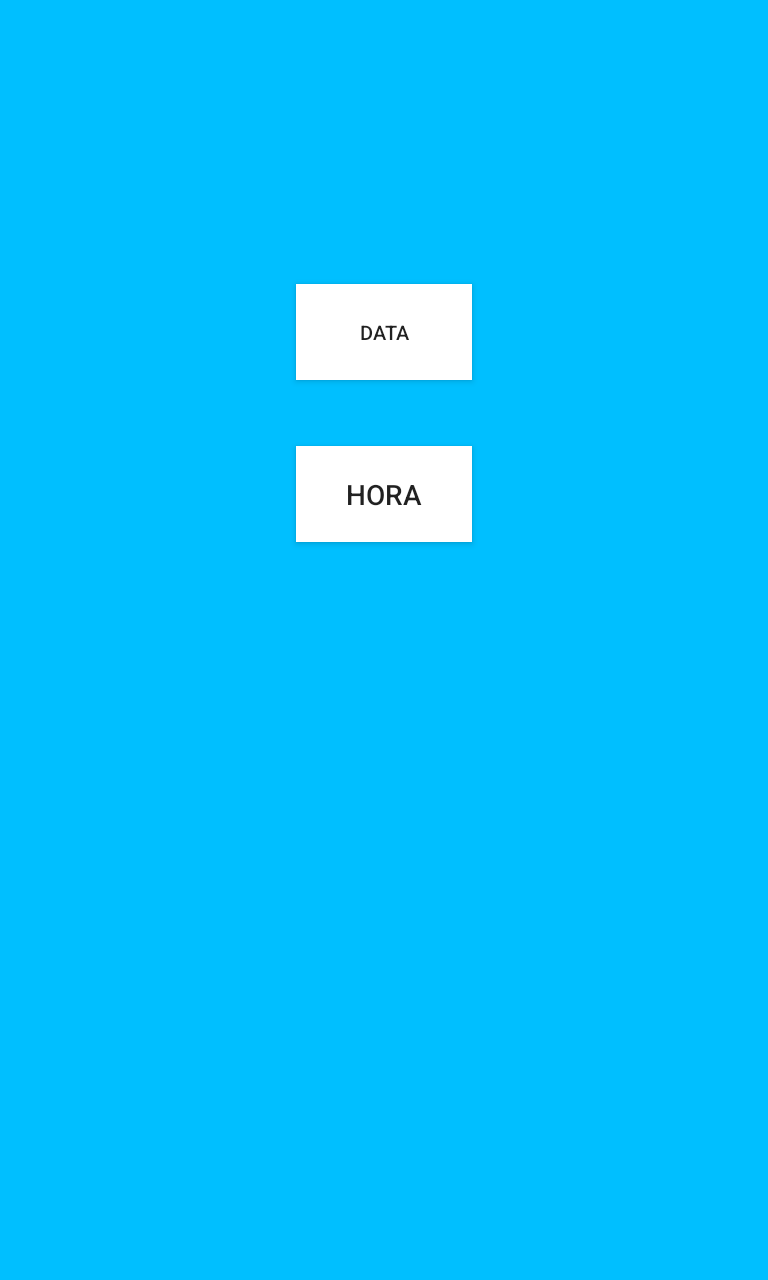
Repository: mayrtondias/alimentador
Layout: Alimentador/res/layout/activity_main.xml
An editor plug-in stored every save of this project. The layout is shown before and after the next save, followed by the edit.
It is drawn on a 768 x 1280 px phone screen (xhdpi) without system bars, with theme AppTheme; the app's code is not run.

Above is the layout before, as saved 2014-07-11 11:46:32.

### Alimentador/res/layout/activity_main.xml
<FrameLayout xmlns:android="http://schemas.android.com/apk/res/android"
    xmlns:tools="http://schemas.android.com/tools"
    android:id="@+id/container"
    android:layout_width="match_parent"
    android:layout_height="match_parent"
    android:background="#00BFFF"
    tools:context="com.alimentador.MainActivity"
    tools:ignore="MergeRootFrame" >

    <RelativeLayout
        android:layout_width="match_parent"
    	android:layout_height="match_parent"
   	>

        <Button
            android:id="@+id/buttonHora"
            android:layout_width="wrap_content"
            android:layout_height="wrap_content"
            android:layout_alignLeft="@+id/buttonDate"
            android:layout_below="@+id/buttonDate"
            android:layout_marginTop="33dp"
            android:background="#FFFFFF"
            android:text="@string/hora" />

        <Button
            android:id="@+id/buttonDate"
            android:layout_width="wrap_content"
            android:layout_height="wrap_content"
            android:layout_alignParentTop="true"
            android:layout_centerHorizontal="true"
            android:layout_marginTop="142dp"
            android:background="#FFFFFF"
            android:textSize="20px"
            android:text="@string/data" />

    </RelativeLayout>


</FrameLayout>

### Alimentador/res/values/strings.xml
<?xml version="1.0" encoding="utf-8"?>
<resources>

    <string name="app_name">Alimentador</string>
    <string name="hora">Hora</string>
    <string name="data">Data</string>
    <string name="hello_world">Hello world!</string>
    <string name="action_settings">Settings</string>
    <string name="title_activity_inicial">Inicial</string>

</resources>

Loaded but not shown: Alimentador/res/values/styles.xml (common file); Alimentador/res/values-v11/styles.xml (common file); Alimentador/res/values-v14/styles.xml (common file)

After the next save:
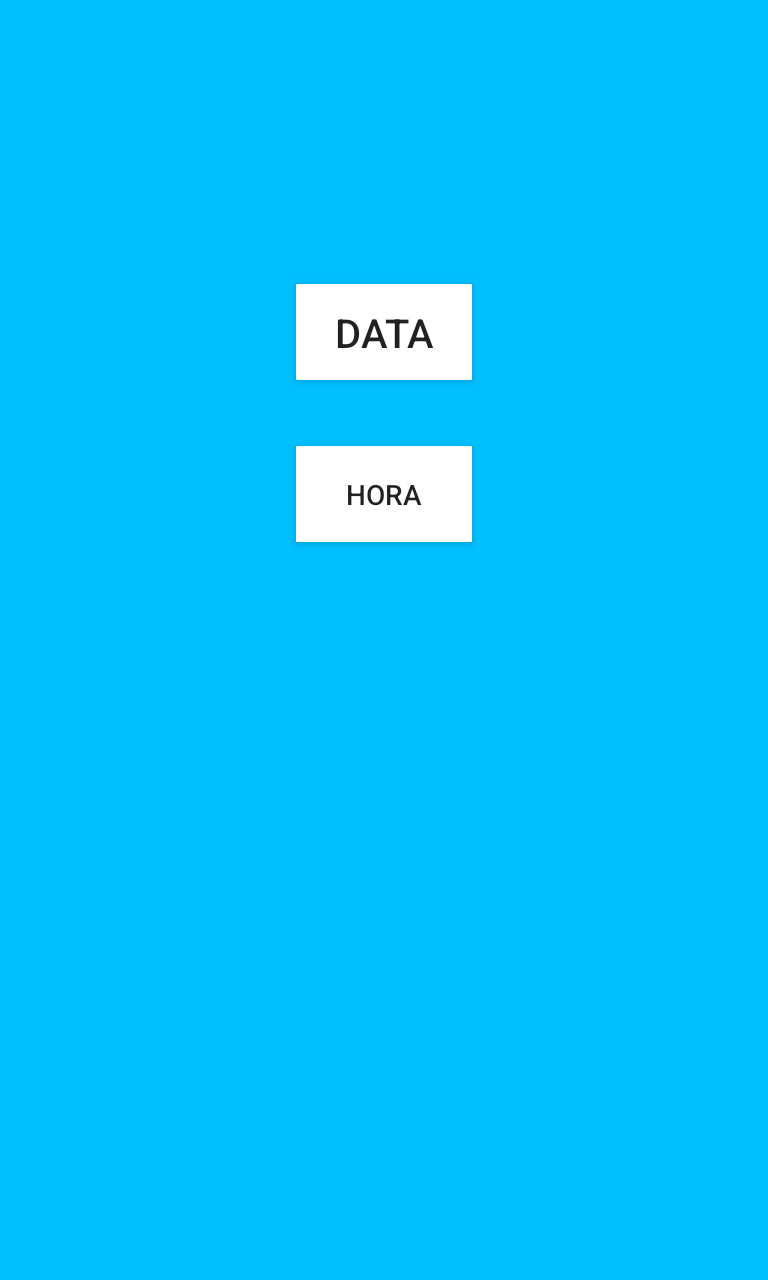
Saved 13 s later.
--- a/Alimentador/res/layout/activity_main.xml
+++ b/Alimentador/res/layout/activity_main.xml
@@ -30,7 +30,7 @@
             android:layout_centerHorizontal="true"
             android:layout_marginTop="142dp"
             android:background="#FFFFFF"
-            android:textSize="20px"
+            android:textSize="20dp"
             android:text="@string/data" />
 
     </RelativeLayout>
